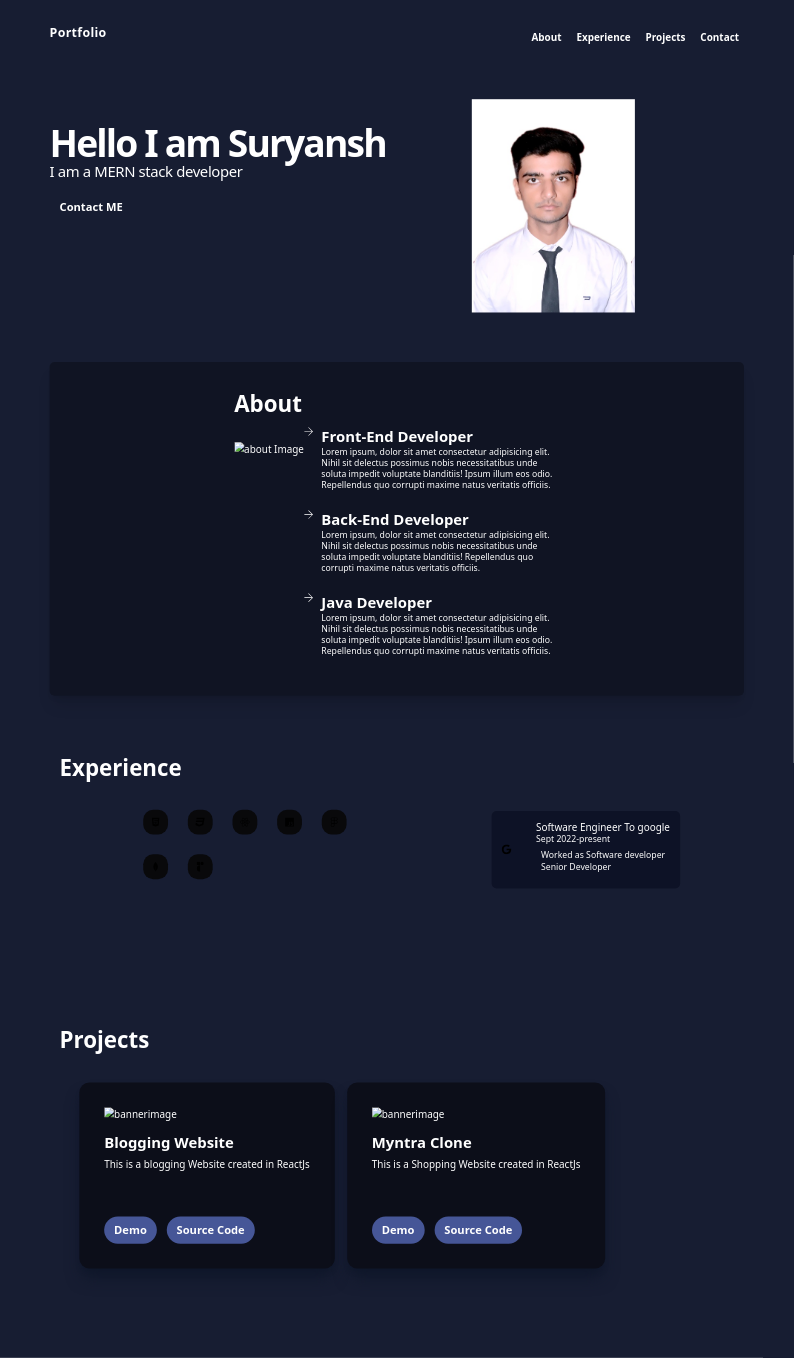
Repository: suryanshsingh99181/portfolio
Page: /
These files come from the project's save history. The page is drawn as it stood at one moment and after a run of saves; the edit follows.
The browser window is 1280 px wide. The pictures show the whole page, at 62% of full size.
The project was rebuilt for these pictures with package versions that can differ from the ones it lists, and the page was loaded fresh each time. Also part of the build but not shown: vite.config.js.

Above is the page before, as saved 2024-08-22 00:59:31.

### src/main.jsx
import { StrictMode } from "react";
import { createRoot } from "react-dom/client";
import App from "./App.jsx";
import "./index.css";
import { BrowserRouter, Router } from "react-router-dom";

createRoot(document.getElementById("root")).render(
  <StrictMode>
    <App />
  </StrictMode>
);

### src/App.jsx
import About from "./Components/about/About";
import Experience from "./Components/experience/Experience";
import Home from "./Components/home/Home";
import Navbar from "./Components/navbar/Navbar";
import Projects from "./Components/Projects/Projects";
import "./index.css";

function App() {
  return (
    <div className="bg-[#171d32] h-auto w-full overflow-hidden">
      <Navbar></Navbar>
      <Home></Home>
      <About></About>
      <Experience></Experience>
      <Projects></Projects>
    </div>
  );
}

export default App;

### src/Components/about/About.jsx
import { InboxArrowDownIcon } from "@heroicons/react/16/solid";
import { TfiArrowRight } from "react-icons/tfi";

const About = () => {
  return (
    <div className="text-white md:flex overflow-hidden items-center md:flex-wrap md:justify-center bg-black shadow-xl mx-0 md:mx-20 bg-opacity-30 rounded-lg p-12">
      <div>
        <h2 className="text-2xl md:text-4xl font-bold">About</h2>
        <div className="md:flex flex-wrap flex-col md:flex-row items-center">
          <img className="md:h-80" src={""} alt="about Image" />
          <ul>
            <div className="flex gap-3 py-4">
              <TfiArrowRight />
              <span className="w-96">
                <h1 className="text-xl md:text-2xl font-semibold leading-normal">
                  {" "}
                  Front-End Developer
                </h1>
                <p className="text-sm md:text-md leading-tight">
                  {" "}
                  Lorem ipsum, dolor sit amet consectetur adipisicing elit.
                  Nihil sit delectus possimus nobis necessitatibus unde soluta
                  impedit voluptate blanditiis! Ipsum illum eos odio.
                  Repellendus quo corrupti maxime natus veritatis officiis.
                </p>
              </span>
            </div>
            <div className="flex gap-3 py-4">
              <TfiArrowRight />
              <span className="w-96">
                <h1 className="text-xl md:text-2xl font-semibold leading-normal">
                  {" "}
                  Back-End Developer
                </h1>
                <p className="text-sm md:text-md leading-tight">
                  {" "}
                  Lorem ipsum, dolor sit amet consectetur adipisicing elit.
                  Nihil sit delectus possimus nobis necessitatibus unde soluta
                  impedit voluptate blanditiis! Repellendus quo corrupti maxime
                  natus veritatis officiis.
                </p>
              </span>
            </div>
            <div className="flex gap-3 py-4">
              <TfiArrowRight />
              <span className="w-96">
                <h1 className="text-xl md:text-2xl font-semibold leading-normal">
                  {" "}
                  Java Developer
                </h1>
                <p className="text-sm md:text-md leading-tight">
                  {" "}
                  Lorem ipsum, dolor sit amet consectetur adipisicing elit.
                  Nihil sit delectus possimus nobis necessitatibus unde soluta
                  impedit voluptate blanditiis! Ipsum illum eos odio.
                  Repellendus quo corrupti maxime natus veritatis officiis.
                </p>
              </span>
            </div>
          </ul>
        </div>
      </div>
    </div>
  );
};

export default About;

### src/Components/experience/Experience.jsx
import {
  FaCss3,
  FaFigma,
  FaGoogle,
  FaHtml5,
  FaJs,
  FaReact,
} from "react-icons/fa";
import { SiMongodb, SiRadixui } from "react-icons/si";

const Experience = () => {
  return (
    <div id="Experience" className="p-10 md:p-24">
      <h1 className="text-2xl md:text-4xl text-white font-bold">Experience</h1>
      <div className="flex flex-wrap items-center justify-around">
        <div className="flex flex-wrap md:w-2/5 gap-8 md:p-12 py-10">
          <span className="p-3 bg-zinc-950 flex items-center rounded-2xl ">
            <FaHtml5 />
          </span>
          <span className="p-3 bg-zinc-950 flex items-center rounded-2xl ">
            <FaCss3 />
          </span>
          <span className="p-3 bg-zinc-950 flex items-center rounded-2xl ">
            <FaReact />
          </span>
          <span className="p-3 bg-zinc-950 flex items-center rounded-2xl ">
            <FaJs />
          </span>
          <span className="p-3 bg-zinc-950 flex items-center rounded-2xl ">
            <FaFigma />
          </span>
          <span className="p-3 bg-zinc-950 flex items-center rounded-2xl ">
            <SiMongodb />
          </span>
          <span className="p-3 bg-zinc-950 flex items-center rounded-2xl ">
            <SiRadixui />
          </span>
        </div>
        <div className="flex gap-10 bg-slate-950 bg-opacity-45 mt-4 rounded-lg p-4 items-center">
          <FaGoogle />
          <span className="text-white">
            <h2 className=" leading-tight ">Software Engineer To google</h2>
            <p className="text-sm leading-tight font-thin">Sept 2022-present</p>
            <ul className="text-sm p-2">
              <li>Worked as Software developer</li>
              <li>Senior Developer</li>
            </ul>
          </span>
        </div>
      </div>
    </div>
  );
};

export default Experience;

### src/Components/home/Home.jsx
import React from "react";
import image from "../../assets/suryansh.jpg";

const Home = () => {
  return (
    <div className="text-white flex w-full justify-between items-start p-10 md:p-20">
      <div className="md:w-2/4 md:pt-10">
        <h1 className="text-3xl md:text-6xl font-bold flex leading-normal tracking-tighter ">
          Hello I am Suryansh
        </h1>
        <p className="text-sm md:text-2xl leading-tight tracking-tight">
          I am a MERN stack developer
        </p>
        <button className="mt-5 md:md-10 text-white py-2 px-3 text-sm md:text-lg md:px-4 hover:opacity-85 duration-300 hover:scale-105 font-semibold rounded-3xl bg-[#46]">
          Contact ME
        </button>
      </div>
      <div>
        <img className="w-3/5" src={image} alt="" />
      </div>
    </div>
  );
};

export default Home;

### src/Components/navbar/Navbar.jsx
import { RiCloseLine, RiMenu3Line } from "@remixicon/react";
import React, { useState } from "react";

const Navbar = () => {
  const [showMenu, setShowMenu] = useState(true);
  const [menu, openMenu] = useState(false);
  return (
    <nav className="flex flex-wrap justify-between md:items-center text-white px-10 pt-6 md:px-20">
      <span className="text-xl font-bold tracking-wide">Portfolio</span>
      <ul
        className={`mx-24  py-2 mt-4 font-semibold md:-5 bg-black px-2 rounded-xl bg-opacity-30 md:border-none text-center md:bg-transparent md:static md:mx-0 md:flex gap-6 ${
          menu ? "block" : "hidden"
        }`}
      >
        <a href="#About">
          <li className="text-md transition-all duration-300 p-1 md:p-0">
            About
          </li>
        </a>
        <a href="#Experience">
          <li className="text-md transition-all duration-300 p-1 md:p-0">
            Experience
          </li>
        </a>
        <a href="#Projects">
          <li className="text-md transition-all duration-300 p-1 md:p-0">
            Projects
          </li>
        </a>
        <a href="#Contact">
          <li className="text-md transition-all duration-300 p-1 md:p-0">
            Contact
          </li>
        </a>
      </ul>
      {showMenu ? (
        <RiMenu3Line
          size={30}
          className="md:hidden absolute right-10 top-6 transition-all duration-300"
          onClick={() => {
            openMenu(!menu);
            setShowMenu(!showMenu);
          }}
        />
      ) : (
        <RiCloseLine
          size={30}
          className="md:hidden absolute right-10 top-6 transition-all duration-300"
          onClick={() => {
            openMenu(!menu);
            setShowMenu(!showMenu);
          }}
        />
      )}
    </nav>
  );
};

export default Navbar;

### src/Components/Projects/Projects.jsx
import ProjectCard from "./ProjectCard";

const Projects = () => {
  return (
    <div id="Projects" className="p-10 md:p-24 text-white">
      <h1 className="text-2xl md:text-4xl text-white font-bold">Projects</h1>
      <div className="py-12 px-8 flex flex-wrap gap-5">
        <ProjectCard
          title="Blogging Website"
          main="This is a blogging Website created in ReactJs"
        />
        <ProjectCard
          title="Myntra Clone"
          main="This is a Shopping Website created in ReactJs"
        />
      </div>
    </div>
  );
};

export default Projects;

### src/Components/Projects/ProjectCard.jsx
const ProjectCard = ({ title, main }) => {
  return (
    <div className="p-3 md:p-6 flex flex-col bg-[#0c0e19] shadow-xl shadow-slate-900 rounded-2xl">
      <img className="p-4" src={""} alt="bannerimage" />
      <h3 className="px-4 text-xl md:text-2xl font-bold leading-normal">
        {title}
      </h3>
      <p className="px-4 text-sm md:text-base leading-tight py-2">{main}</p>
      <div className="mt-2 p-2 md:p-4 flex gap-2 md:gap-4 ">
        <button className="md:mt-10 text-white py-2 px-3 text-sm md:text-lg md:py-2 md:px-4 hover:opacity-85 duration-300 hover:scale-105 font-semibold rounded-3xl bg-[#465697]">
          Demo
        </button>
        <button className="md:mt-10 text-white py-2 px-3 text-sm md:text-lg md:py-2 md:px-4 hover:opacity-85 duration-300 hover:scale-105 font-semibold rounded-3xl bg-[#465697]">
          Source Code
        </button>
      </div>
    </div>
  );
};

export default ProjectCard;

### src/Components/footer/Footer.jsx
import { CiLinkedin } from "react-icons/ci";
import { FaGithub } from "react-icons/fa";
import { MdOutlineEmail } from "react-icons/md";

const Footer = () => {
  return (
    <div
      id="Footer"
      className="flex justify-around bg-[#465697] text-white p-10 md:p-12 items-center"
    >
      <div>
        <h1 className="text-2xl md:text-6xl font-bold">Contact</h1>
        <h3 className="text-2xl md:text-sm font-normal ">
          Feel Free to reachout
        </h3>
      </div>
      <ul className="text-sm md:text-xl">
        <li>
          <MdOutlineEmail />
          MyEmail@gmail.com
        </li>
        <li>
          <CiLinkedin />
          linkedin/username
        </li>
        <li>
          <FaGithub />
          github/surynsh
        </li>
      </ul>
    </div>
  );
};

export default Footer;
<div></div>;

Loaded but not shown: index.html (common file); src/index.css (common file); tailwind.config.js (common file)

After the next 2 saves:
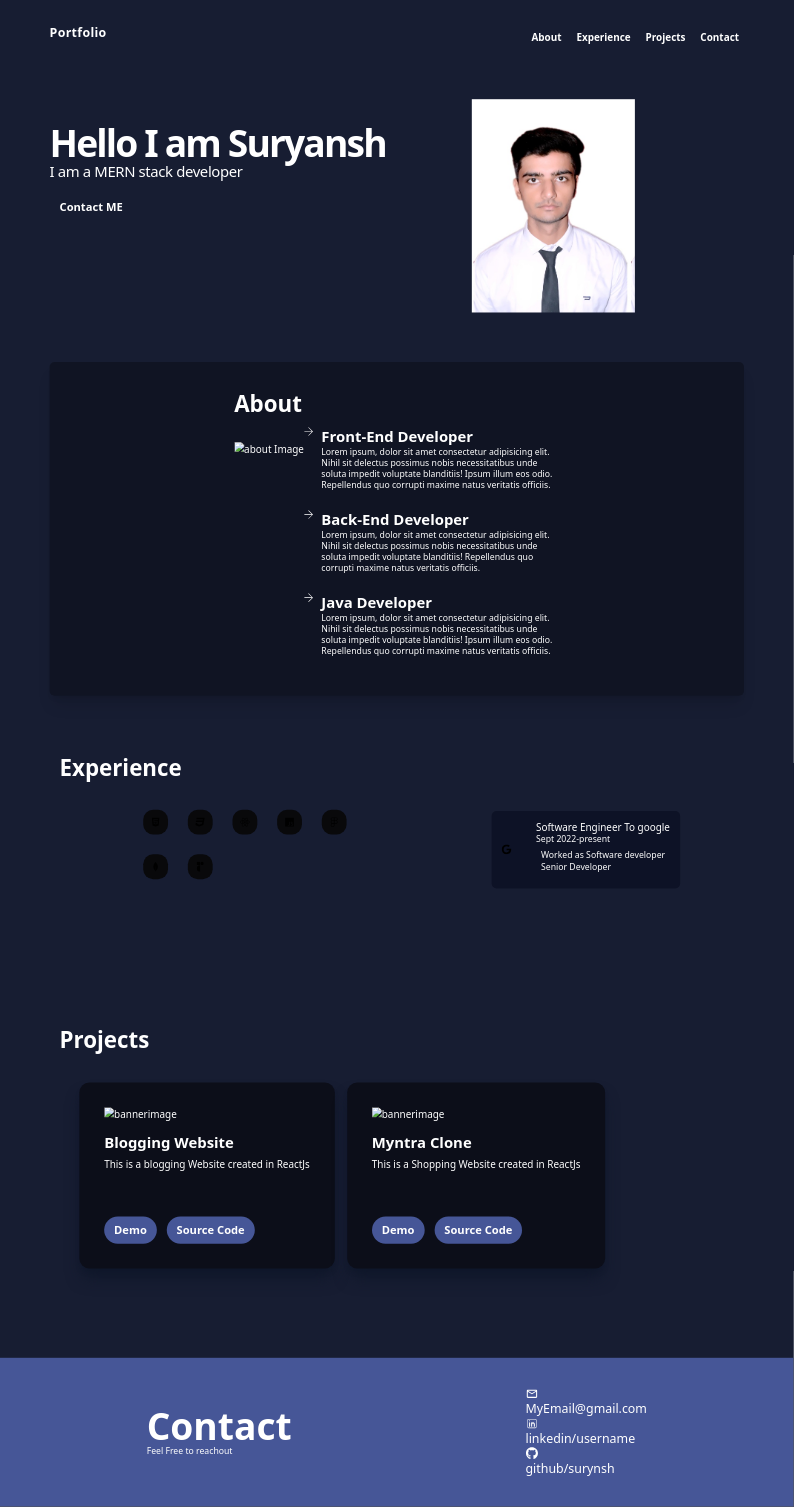
The 2 saves are shown as one change because 1 did not build or start.
The last was saved 12 s later.
--- a/src/App.jsx
+++ b/src/App.jsx
@@ -1,5 +1,6 @@
 import About from "./Components/about/About";
 import Experience from "./Components/experience/Experience";
+import Footer from "./Components/footer/Footer";
 import Home from "./Components/home/Home";
 import Navbar from "./Components/navbar/Navbar";
 import Projects from "./Components/Projects/Projects";
@@ -13,6 +14,7 @@
       <About></About>
       <Experience></Experience>
       <Projects></Projects>
+      <Footer></Footer>
     </div>
   );
 }
